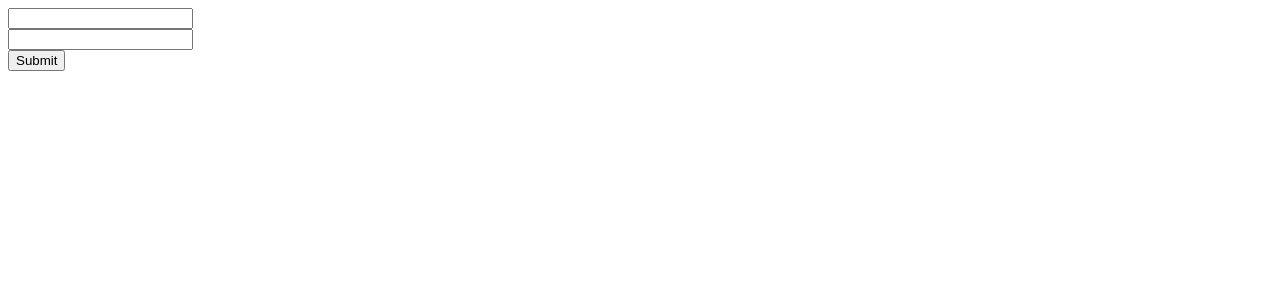
Repository: SimpleRan/jsp_paractice2
Page: http://localhost/JSPBasic/jspobject/request/req_bmi_form.jsp
The author's editor kept a copy of each file at every save. The page is drawn from the files as they stood at one save, then again after the next save.
The browser window is 1280 px wide. The pictures show the whole page.
The page is served by Tomcat 9.

Above is the page before, as saved 2022-03-25 08:34:51.

### JSPBasic/src/main/webapp/jspobject/request/req_bmi_form.jsp
<%@ page language="java" contentType="text/html; charset=UTF-8"
    pageEncoding="UTF-8"%>
<!DOCTYPE html>
<html>
<head>
<meta charset="UTF-8">
<title>Insert title here</title>
</head>
<body>
<%--
 	* 사용자의 입력값을 서버로 전송하는 방법
 	1. 사용자의 입력값을 서버로 전송하려면 form 태그를 사용합니다.
 	2. form태그에 action 속성에 데이터를 전송할 목적 페이지의 URL주소를 적습니다.
 	3. input태그에 name속성으로 보내는 이름을 전달하는데, BMI지수를 구하는 페이지를 만들 것이므로
 	   cm, kg이라는 두 개의 이름을 지정해서 input태그를 form 내부에 작성하시면 됩니다.
 	4. submit버튼도 만들어주세요.
 --%>

    <form action="http://localhost:8181/JSPBasic/jspobject/request/req_param.jsp" method="post">
    <input type="text" name= "cm"/><br/>
 	<input type="text" name= "kg"/><br/>
 	<input type="submit">

</body>
</html>

After the next save:
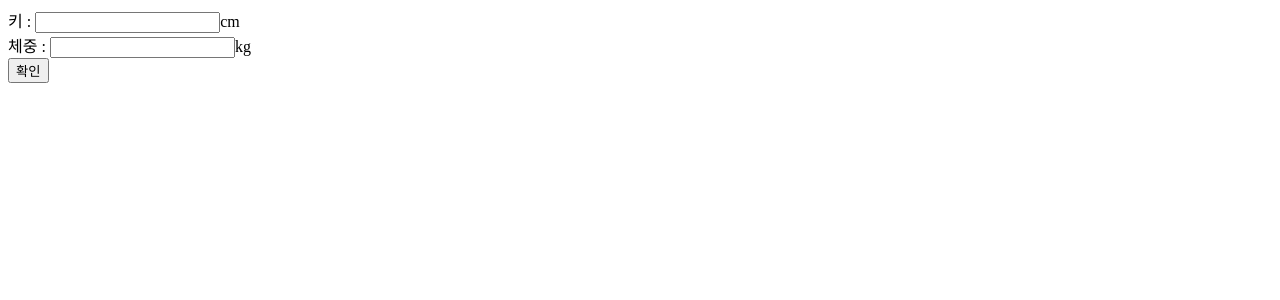
Saved 4 min 10 s later.
--- a/JSPBasic/src/main/webapp/jspobject/request/req_bmi_form.jsp
+++ b/JSPBasic/src/main/webapp/jspobject/request/req_bmi_form.jsp
@@ -10,16 +10,16 @@
 <%--
  	* 사용자의 입력값을 서버로 전송하는 방법
  	1. 사용자의 입력값을 서버로 전송하려면 form 태그를 사용합니다.
- 	2. form태그에 action 속성에 데이터를 전송할 목적 페이지의 URL주소를 적습니다.
+ 	2. form태그에 action 속성에 데이터를 전송할 목적 페이지의 URL주소를 적습니다.(현재는 #으로 두세요)
  	3. input태그에 name속성으로 보내는 이름을 전달하는데, BMI지수를 구하는 페이지를 만들 것이므로
  	   cm, kg이라는 두 개의 이름을 지정해서 input태그를 form 내부에 작성하시면 됩니다.
  	4. submit버튼도 만들어주세요.
  --%>
 
-    <form action="http://localhost:8181/JSPBasic/jspobject/request/req_param.jsp" method="post">
-    <input type="text" name= "cm"/><br/>
- 	<input type="text" name= "kg"/><br/>
- 	<input type="submit">
+    <form action="#">
+    키 : <input type="text" name= "cm"/>cm<br/>
+ 	체중 : <input type="text" name= "kg"/>kg<br/>
+ 	<input type="submit" value="확인"/>
 
 </body>
 </html>
